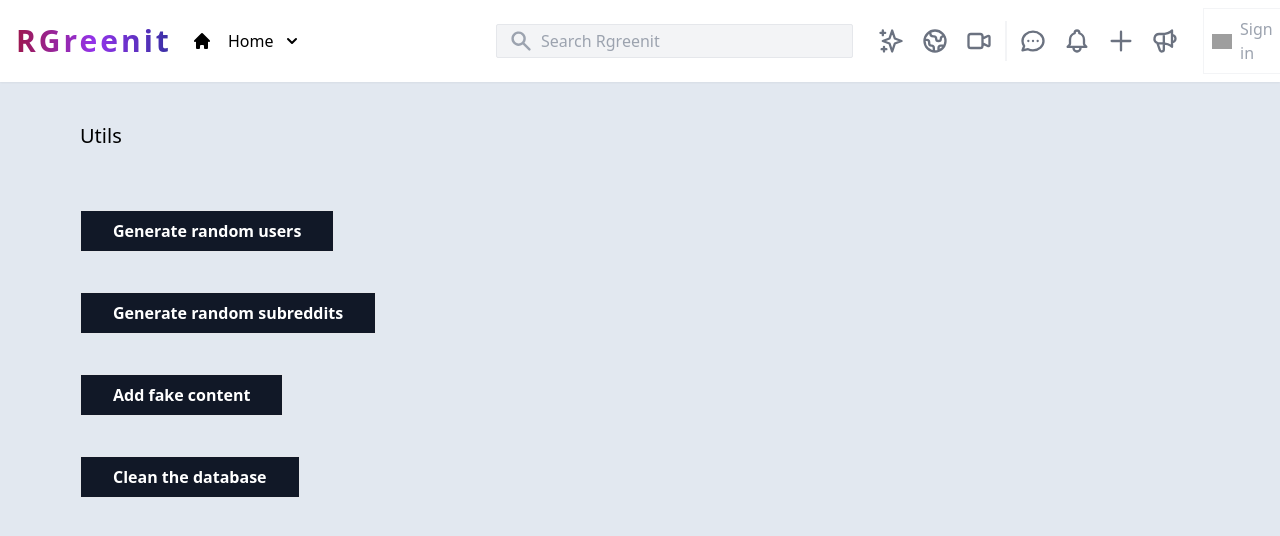
Repository: ITDevSolution/RGreen-it
Page: /utils
An editor plug-in stored every save of this project. The page is shown before and after the next save, followed by the edit.
The browser window is 1280 px wide. The pictures show the whole page.
Pictures or frames that could not be fetched are drawn as grey boxes. The page's requests for data from a server got no answer. The project was rebuilt for these pictures with package versions that can differ from the ones it lists, and the page was loaded fresh each time. The framework's server and built-in components were replaced by stand-ins that run in the browser. No one was signed in, and anything a server would have sent is missing. Also part of the build but not shown: next.config.js.

Above is the page before, as saved 2022-07-08 12:38:53.

After the next save:
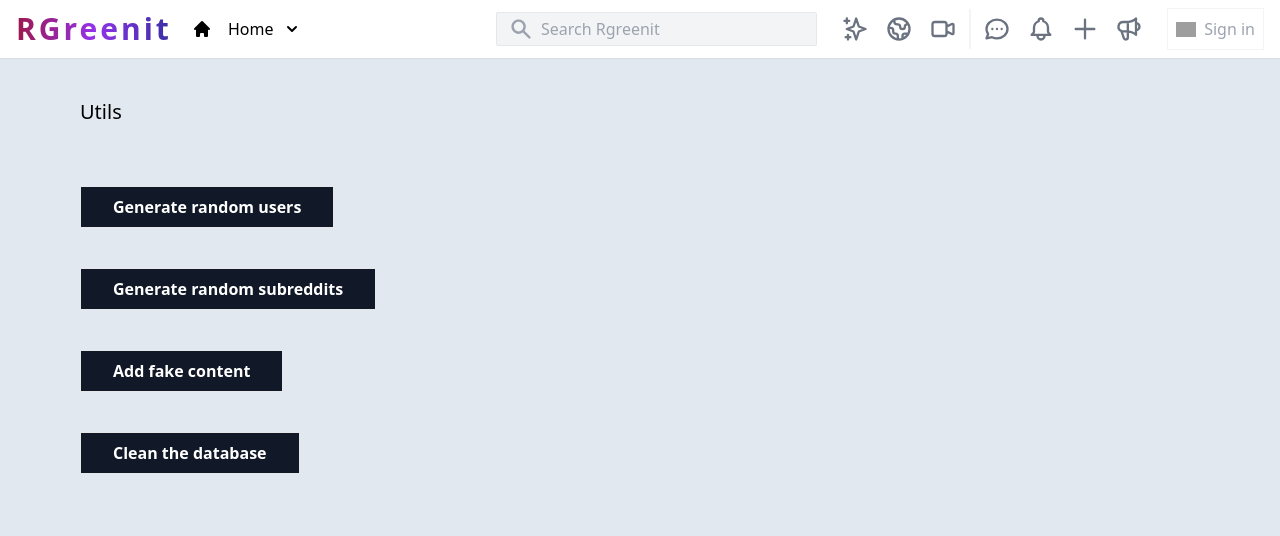
Saved 12 s later.
--- a/components/Header.js
+++ b/components/Header.js
@@ -46,7 +46,7 @@ function Header() {
       </div>
 
       {/* Search box */}
-      <form className="hidden md:flex md:flex-1 items-center pr-20 space-x-2 rounded-sm border border-gray-200 bg-gray-100 px-3 py-1 ">
+      <form className="hidden md:flex md:flex-1 items-center  space-x-2 rounded-sm border border-gray-200 bg-gray-100 px-3 py-1 ">
         <SearchIcon className="h-6 w-6 text-gray-400" />
         <input
           type="text"
